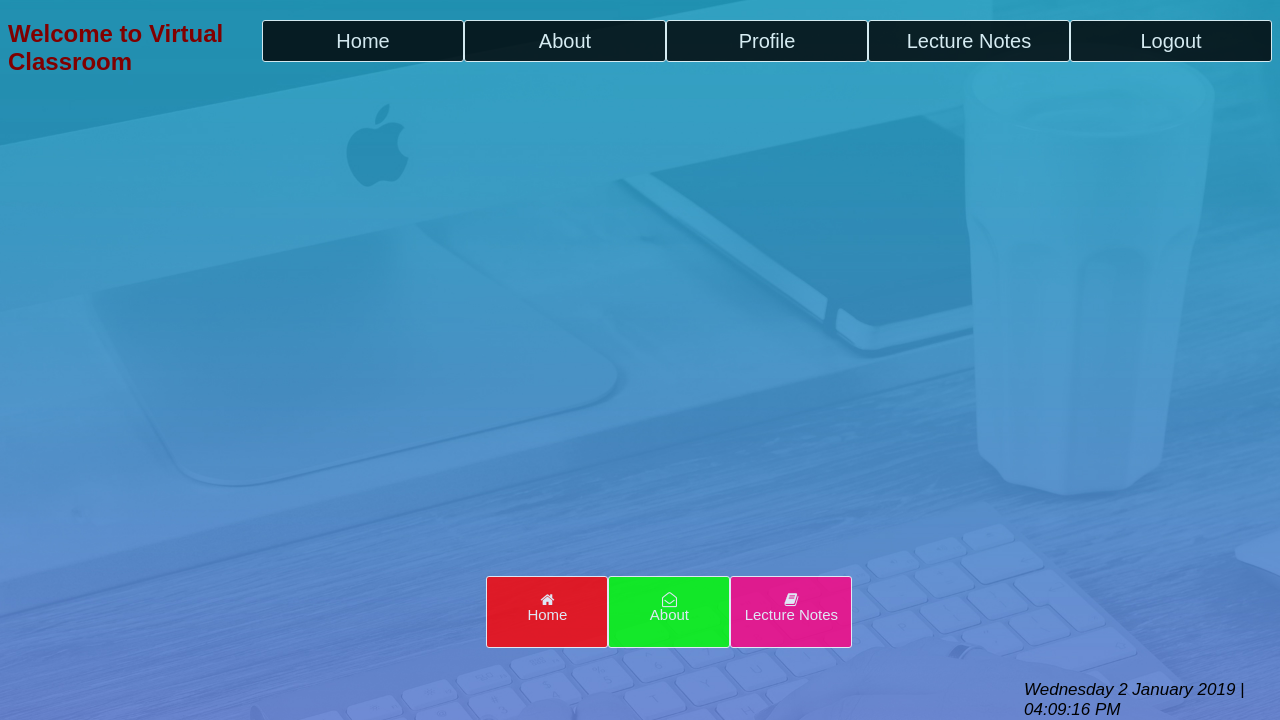
Repository: Rajendra1998/Virtual_classroom_mvc_project
Page: http://localhost/Virtual_classroom/Student_logged1.jsp
An editor plug-in stored every save of this project. The page is shown before and after the next save, followed by the edit.
The browser window is 1280 px wide. The pictures show the whole page.
The page is served by Tomcat 9.

Above is the page before, as saved 2019-01-04 20:46:08.

After the next save:
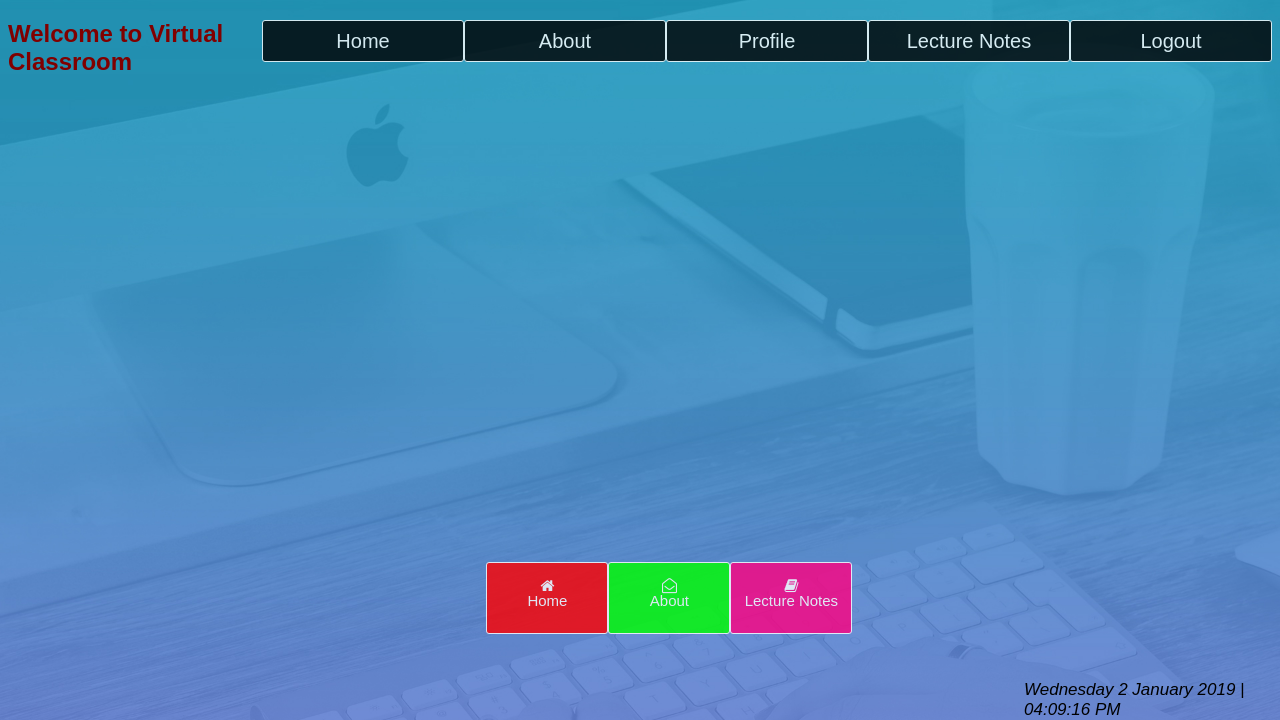
Saved 103 s later.
--- a/Virtual_classroom/WebContent/Student_logged1.jsp
+++ b/Virtual_classroom/WebContent/Student_logged1.jsp
@@ -70,7 +70,7 @@
 	}
 	.menu1 nav{
 		position:absolute;
-		top:80%;
+		top:78%;
 		left:38%;
 
 	}
